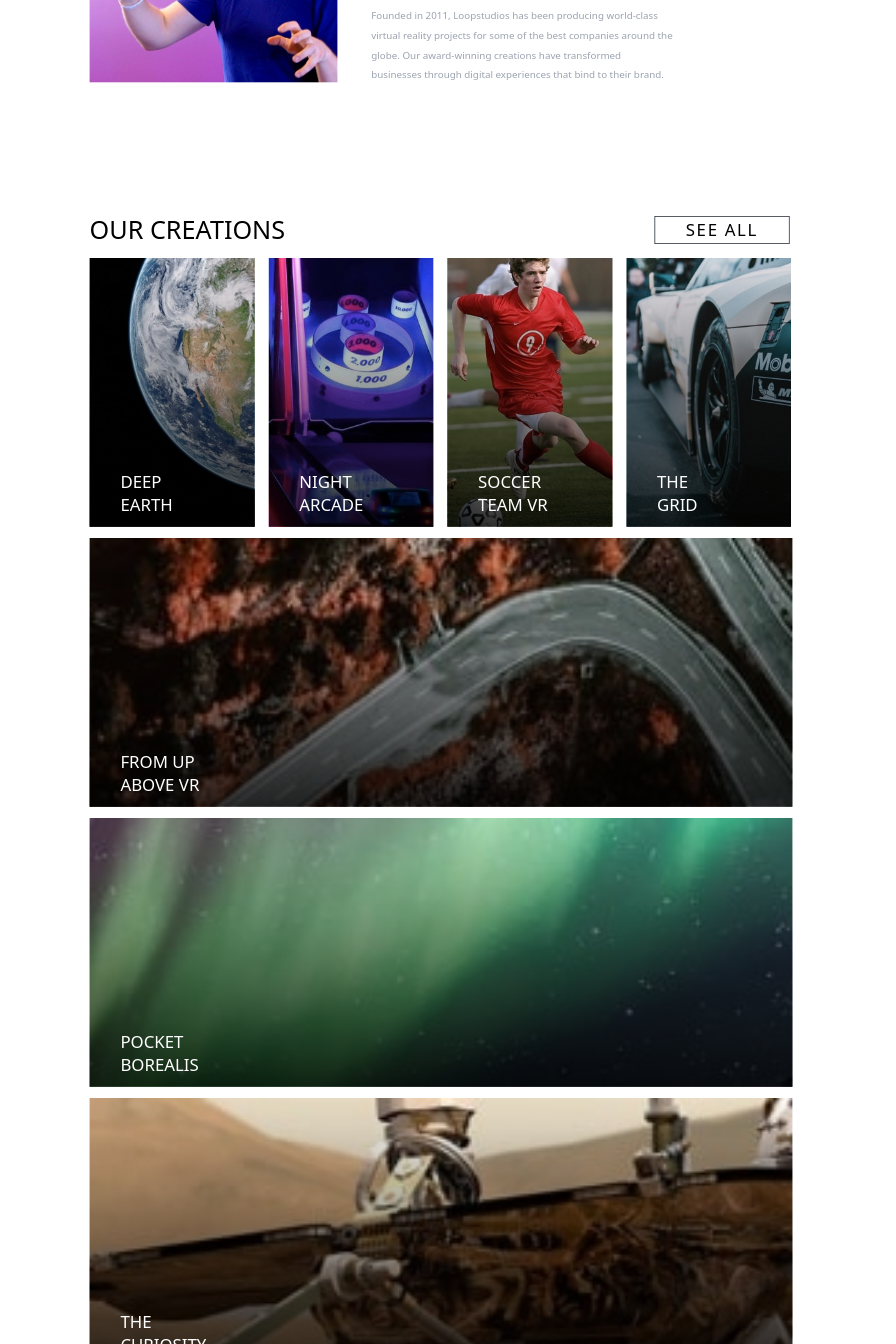
Repository: CAMPSLOPY/StudioLoopApp
Page: index.html
An editor plug-in stored every save of this project. The page is shown before and after the next save, followed by the edit.
The browser window is 1280 px wide. The pictures show the part of the page from y = 1151 to 3071 px (the page is 3928 px tall), at 70% of full size.
Some web fonts or font styles are not loaded; a fallback is used. Some web libraries are served in a nearby version.

Above is the page before, as saved 2021-02-26 03:01:18.

After the next save:
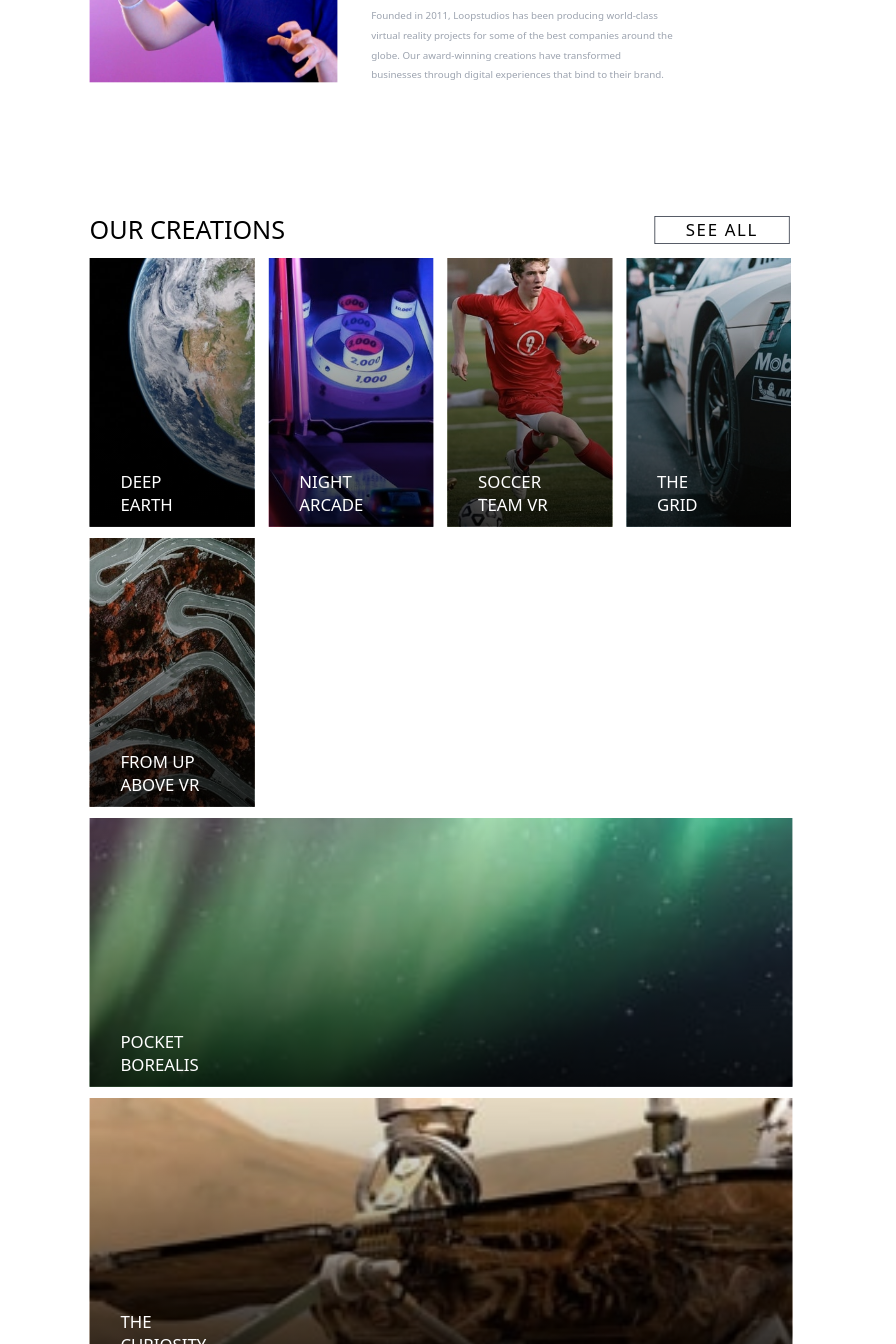
Saved 9 s later.
--- a/index.html
+++ b/index.html
@@ -246,7 +246,7 @@
             <div
               data-aos="fade-right"
               id="card-box"
-              class="relative mr-5 mb-4 h-38 w-full card above-vr md:h-96 bg-no-repeat bg-cover bg-center md:w-better"
+              class="card-box relative mr-5 mb-4 h-38 w-full card above-vr md:h-96 bg-no-repeat bg-cover bg-center md:w-better"
             >
               <img
                 src="/images/mobile/image-from-above.jpg"
